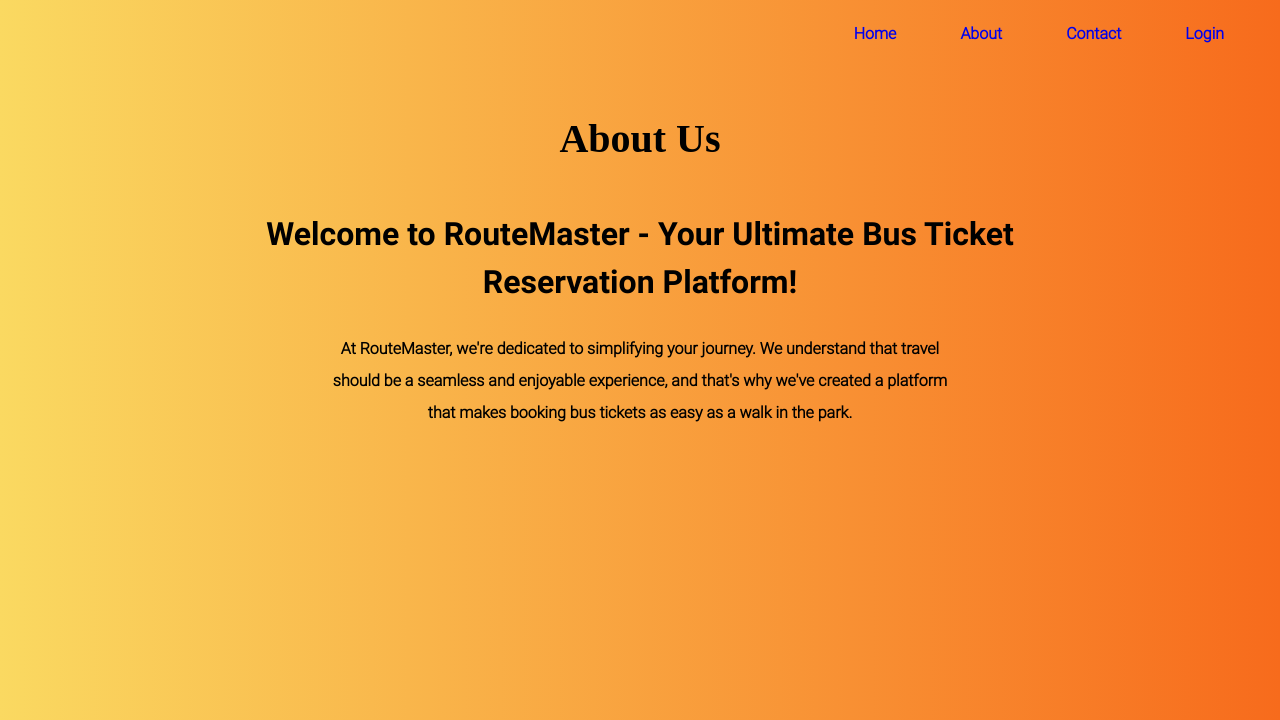
Repository: Savindushehan/RouteMaster-Group-project
Page: http://localhost/RouterMaster/AboutUs.jsp
The author's editor kept a copy of each file at every save. The page is drawn from the files as they stood at one save, then again after the next save.
The browser window is 1280 px wide. The pictures show the whole page.
The page is served by Tomcat 10. Other server files are loaded and not shown.

Above is the page before, as saved 2023-10-23 09:18:53.
Console error: TypeError: Cannot set properties of null (setting 'onmousemove')

### RouteMaster/RouterMaster/src/main/webapp/AboutUs.jsp
<%@ page language="java" contentType="text/html; charset=UTF-8"
    pageEncoding="UTF-8"%>
<!DOCTYPE html>
<html lang="en">
<head>
    <meta charset="UTF-8">
    <meta name="viewport" content="width=device-width, initial-scale=1.0">
    <title>RouteMaste</title>
    <style>
        @font-face {
        font-family: 'Roboto-Light'; /* Font family name */
        src: url('Fonts/Roboto-Light.ttf') format('truetype'); /* URL to your font file */
        font-weight: normal;
        font-style: italic;
        }
        @font-face {
        font-family: 'Raleway-Light'; /* Font family name */
        src: url('Fonts/Raleway-Light.ttf') format('truetype'); /* URL to your font file */
        font-weight: normal;
        font-style: italic;
        }
        @font-face {
        font-family: 'Roboto-Bold'; /* Font family name */
        src: url('Fonts/Roboto-Bold.ttf') format('truetype'); /* URL to your font file */
        font-weight: normal;
        font-style: italic;
        }
        a{
            text-decoration: none;
        }
        body{
            margin: 0;
            padding: 0;
			background-color: #FAD961;
			background-image: linear-gradient(90deg, #FAD961 0%, #F76B1C 100%);
            background-size: cover;
            background-repeat: no-repeat;
            background-position: center;
            height: 100vh;

        }
        .head{
            display: flex;
            flex-direction: row;
            justify-content: right;
        }
        header h3{
            color: var(--div-color1);
            font-size:1rem;
            margin-right: 3rem;
            cursor: grab;
            padding: 0.5rem;
            border-radius: 0.5rem;
            outline: none;
            font-family: 'Roboto-Light';
        }
        h1{
          font-size: 2.5rem;
          text-align: center;
          margin-top: 3rem;
        }
        h2{
            font-size: 2rem;
          text-align: center;
          margin-top: 3rem;
          font-family: 'Roboto-Bold';
          width: 50rem;
          margin-left: auto;
          margin-right: auto;
          line-height: 3rem;
        }
        h4{
            font-family: 'Roboto-Light';
            font-size: 1rem;
            width: 40rem;
            margin-left: auto;
            margin-right: auto;
            text-align: center;
            line-height: 2rem;
        }
        </style>
</head>
<body>
    <header>
        <div class="head">
           <a href="Home.jsp"><h3 id="m1">Home</h3></a>
           <a href="AboutUs.jsp"><h3 id="m2">About</h3></a>
            <a href="ContactUS.jsp"><h3 id="m3">Contact</h3></a>
           <a href="login.jsp"><h3 id="m4">Login</h3></a>
        </div>
    </header>
    <main>
        <h1>About Us</h1>
        <h2>Welcome to RouteMaster - Your Ultimate Bus Ticket Reservation Platform!</h2>
        <h4>At RouteMaster, we're dedicated to simplifying your journey. We understand that travel should be a seamless and enjoyable experience,
            and that's why we've created a platform that makes booking bus tickets as easy as a walk in the park.</h4>
    </main>
    <script>

        var M1=document.getElementById("m1");
        var M2=document.getElementById("m2");
        var M3=document.getElementById("m3");
        var M4=document.getElementById("m4");
        var BTN=document.getElementById("btn");

        M1.onmousemove=function(){
          M1.style.backgroundColor="var(--div-color3)";
          M1.style.color="var(--div-color4)";
        }
        M1.onmouseout=function(){
          M1.style.backgroundColor="";
          M1.style.color="var(--div-color1)";
        }
        M2.onmousemove=function(){
          M2.style.backgroundColor="var(--div-color3)";
          M2.style.color="var(--div-color4)";
        }
        M2.onmouseout=function(){
          M2.style.backgroundColor="";
          M2.style.color="var(--div-color1)";
        }
        M3.onmousemove=function(){
          M3.style.backgroundColor="var(--div-color3)";
          M3.style.color="var(--div-color4)";
        }
        M3.onmouseout=function(){
          M3.style.backgroundColor="";
          M3.style.color="var(--div-color1)";
        }
        M4.onmousemove=function(){
          M4.style.backgroundColor="var(--div-color3)";
          M4.style.color="var(--div-color4)";
        }
        M4.onmouseout=function(){
          M4.style.backgroundColor="";
          M4.style.color="var(--div-color1)";
        }
        /* Above javascript code must include all tha page.don't change the code.*/
        BTN.onmousemove=function(){
          BTN.style.color="var(--div-color1)";
          BTN.style.backgroundColor="var(--div-color4)";
        }
        BTN.onmouseout=function(){
          BTN.style.color="var(--div-color4)";
          BTN.style.backgroundColor="var(--div-color1)";
        }
       </script>
</body>
</html>

After the next save:
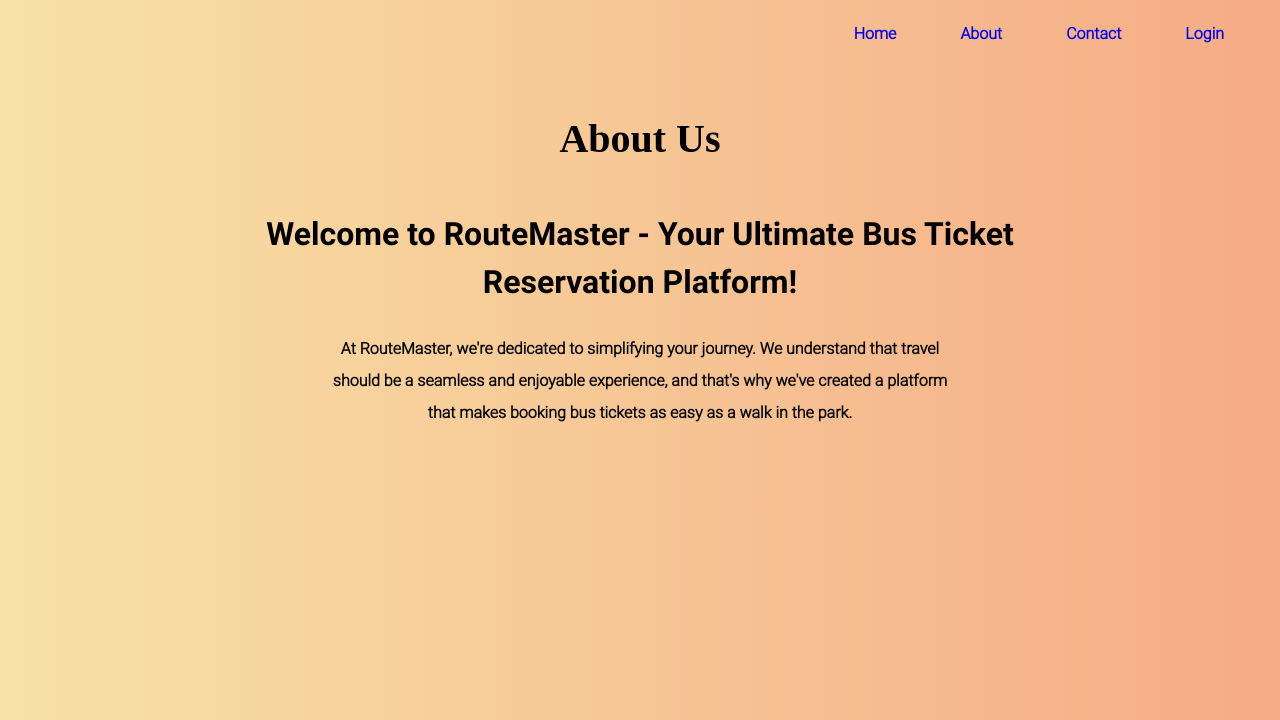
Saved 70 s later.
--- a/RouteMaster/RouterMaster/src/main/webapp/AboutUs.jsp
+++ b/RouteMaster/RouterMaster/src/main/webapp/AboutUs.jsp
@@ -38,6 +38,16 @@
             background-position: center;
             height: 100vh;
 
+        }
+        body::before {
+          content: "";
+          position: absolute;
+          top: 0;
+          left: 0;
+          width: 100%;
+          height: 100%;
+          background-color: rgba(245, 236, 236, 0.5);
+          z-index: -1;
         }
         .head{
             display: flex;

After the save that followed:
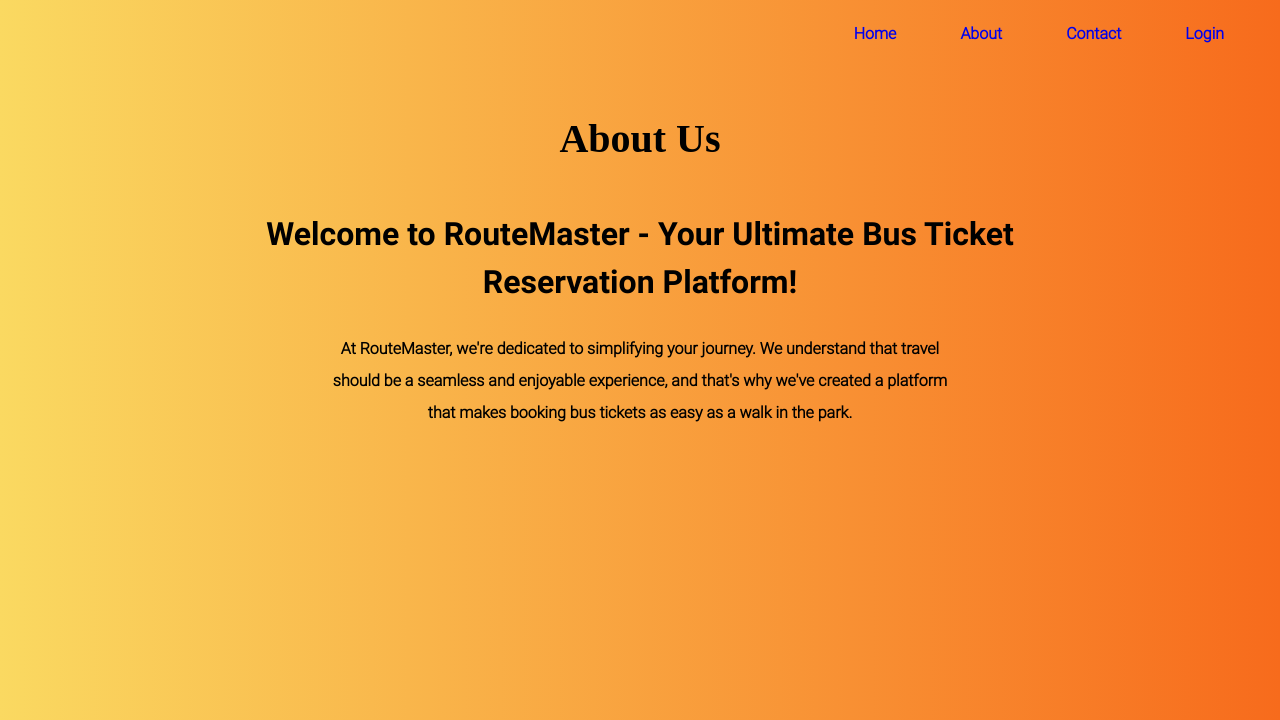
Saved 9 s later.
--- a/RouteMaster/RouterMaster/src/main/webapp/AboutUs.jsp
+++ b/RouteMaster/RouterMaster/src/main/webapp/AboutUs.jsp
@@ -39,16 +39,7 @@
             height: 100vh;
 
         }
-        body::before {
-          content: "";
-          position: absolute;
-          top: 0;
-          left: 0;
-          width: 100%;
-          height: 100%;
-          background-color: rgba(245, 236, 236, 0.5);
-          z-index: -1;
-        }
+
         .head{
             display: flex;
             flex-direction: row;
